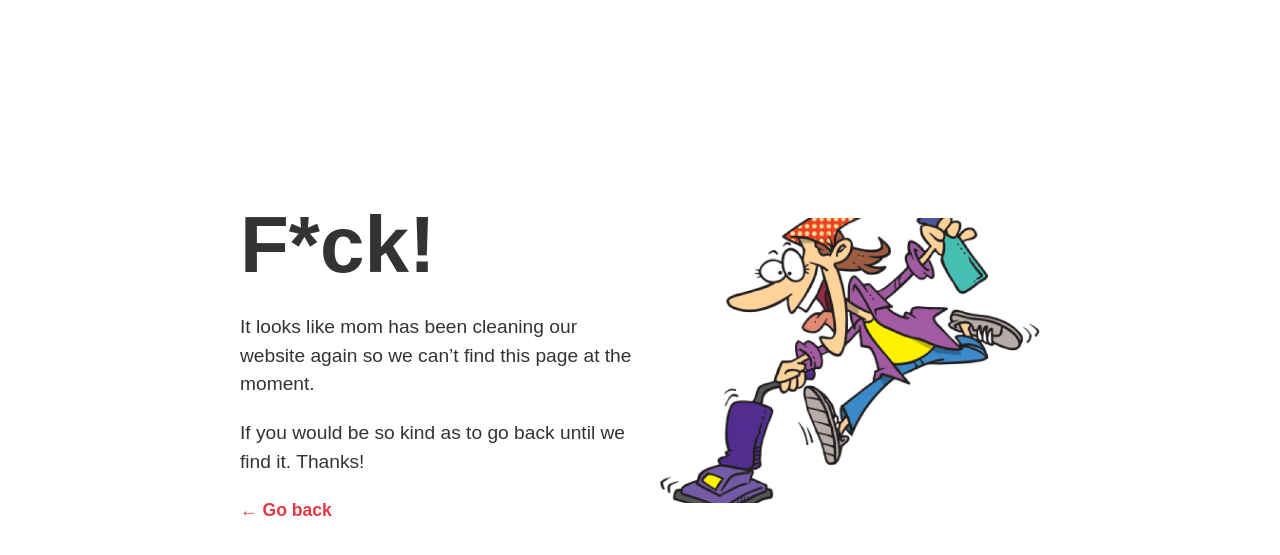
Repository: Davidobi21/macelect
Page: frontend/pages/404.html
The author's editor kept a copy of each file at every save. The page is drawn from the files as they stood at one save, then again after the next save.
The browser window is 1280 px wide. The pictures show the whole page.

Above is the page before, as saved 2025-05-01 05:39:37.

### frontend/pages/404.html
<!DOCTYPE html>
<html lang="en">
<head>
  <meta charset="UTF-8">
  <meta name="viewport" content="width=device-width, initial-scale=1.0">
  <title>404 - Page Not Found</title>
  <link href="https://cdn.jsdelivr.net/npm/bootstrap@5.3.0-alpha1/dist/css/bootstrap.min.css" rel="stylesheet">
  <style>
    body {
      display: flex;
      justify-content: center;
      align-items: center;
      height: 100vh;
      margin: 0;
      font-family: 'Arial', sans-serif;
      background-color: #fff;
      color: #333;
    }
    .error-container {
      display: flex;
      align-items: center;
      gap: 20px;
      max-width: 800px;
      text-align: left;
    }
    .error-text {
      max-width: 400px;
    }
    .error-text h1 {
      font-size: 5rem;
      font-weight: bold;
      margin-bottom: 20px;
    }
    .error-text p {
      font-size: 1.2rem;
      margin-bottom: 20px;
    }
    .error-text a {
      color: #e63946;
      text-decoration: none;
      font-weight: bold;
      font-size: 1.1rem;
    }
    .error-text a:hover {
      text-decoration: underline;
    }
    .error-image img {
      max-width: 100%;
      height: auto;
    }
  </style>
</head>
<body>
  <div class="error-container">
    <div class="error-text">
      <h1>F*ck!</h1>
      <p>It looks like mom has been cleaning our website again so we can’t find this page at the moment.</p>
      <p>If you would be so kind as to go back until we find it. Thanks!</p>
      <a href="javascript:history.back()">← Go back</a>
    </div>
    <div class="error-image">
      <img src="../images/98bbecket5t9ksksrgec2m90ed.png" alt="Cleaning Lady">
    </div>
  </div>
</body>
</html>

After the next save:
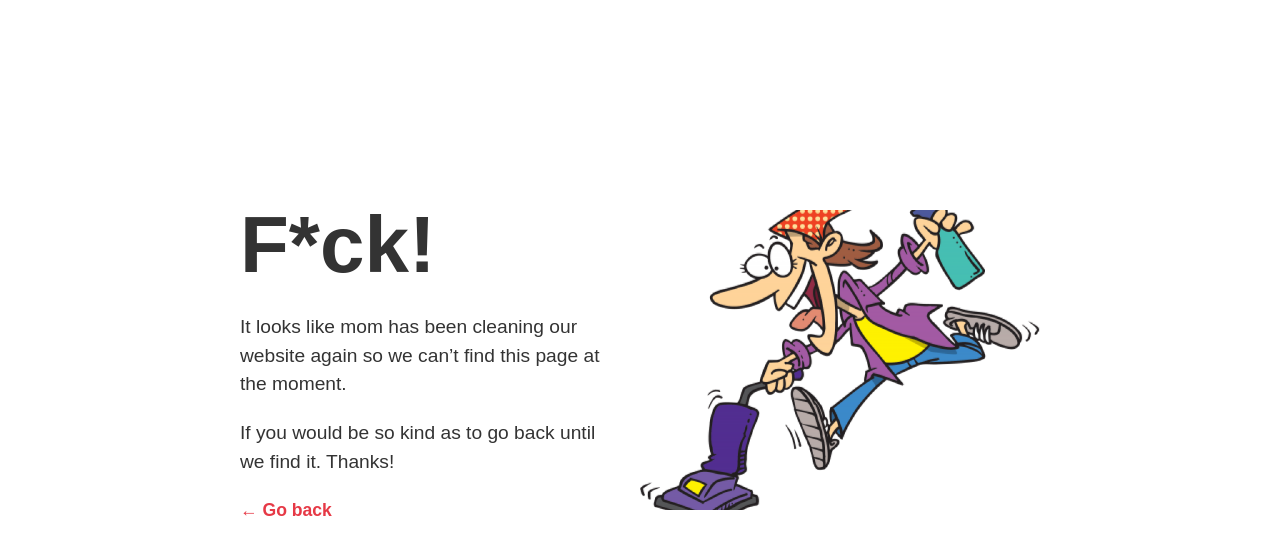
Saved 15 s later.
--- a/frontend/pages/404.html
+++ b/frontend/pages/404.html
@@ -45,7 +45,7 @@
       text-decoration: underline;
     }
     .error-image img {
-      max-width: 100%;
+      max-width: 400px;
       height: auto;
     }
   </style>
